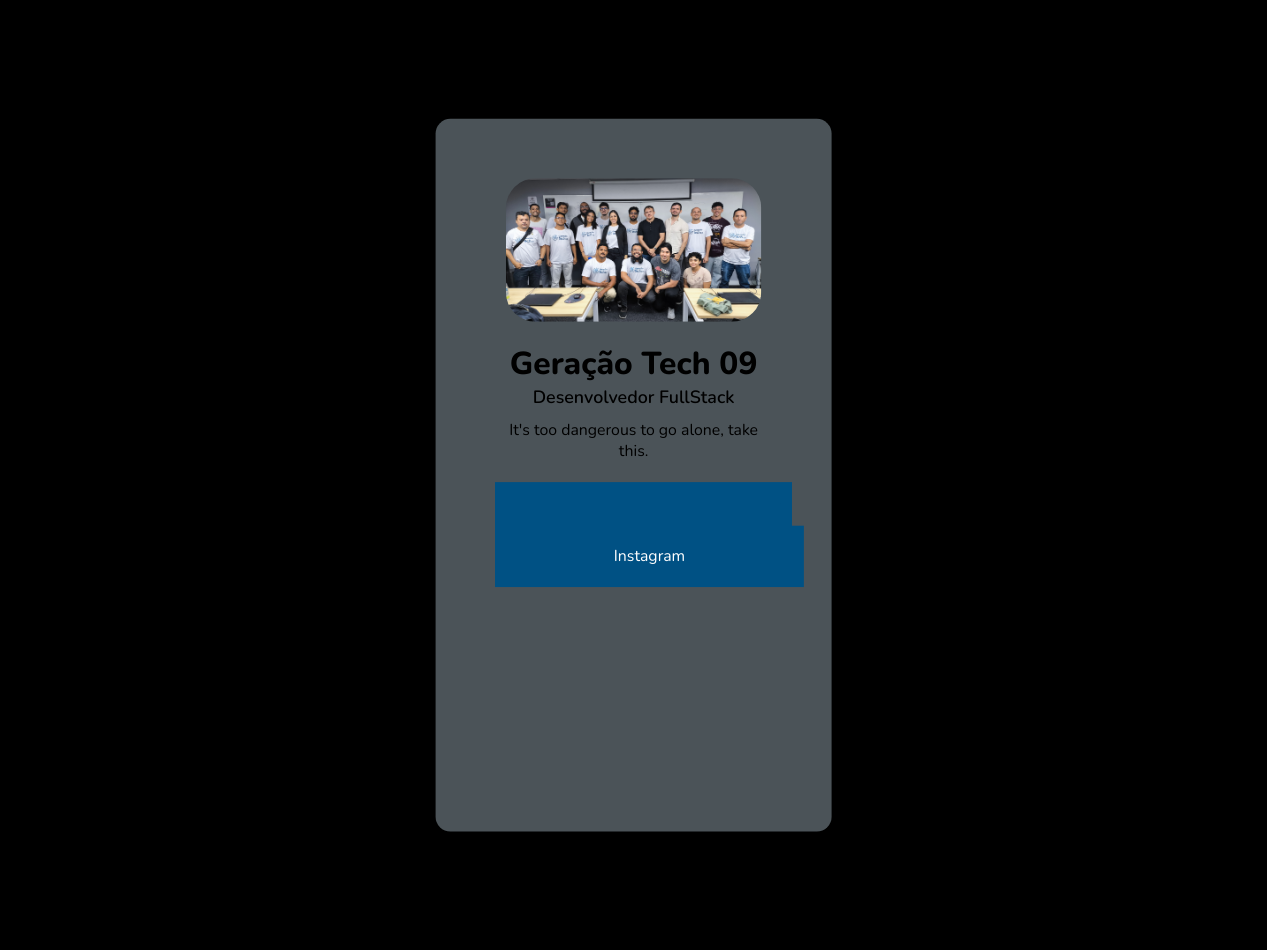
Repository: geracao-09/linktree-gt9
Page: index.html
These files come from the project's save history. The page is drawn as it stood at one moment and after the next save; the edit follows.
The browser window is 1280 px wide. The pictures show the whole page, at 99% of full size.

Above is the page before, as saved 2025-04-11 09:09:12.

### index.html
<!DOCTYPE html>
<html lang="pt-br">
  <head>
    <meta charset="UTF-8" />
    <meta name="viewport" content="width=device-width, initial-scale=1.0" />
    <title>Linktree do GT09</title>
    <link rel="stylesheet" href="style.css" />
    <link rel="preconnect" href="https://fonts.googleapis.com" />
    <link rel="preconnect" href="https://fonts.gstatic.com" crossorigin />
    <link href="https://fonts.googleapis.com/css2?family=Nunito:ital,wght@0,200..1000;1,200..1000&display=swap" rel="stylesheet" />
  </head>
  <body>
    <div class="container-main">
      <div class="container-image">
        <img src="./assets/image-profile.jpg" alt="Foto dos top 25 geracao tech" />
      </div>
      <div class="container-infos">
        <h1>Geração Tech 09</h1>
        <h2>Desenvolvedor FullStack</h2>
      </div>
      <div class="container-easter-egg">
        <p>It's too dangerous to go alone, take this.</p>
      </div>
      <div class="container-social">
        <ul>
          <li>
            <a href="https://www.linkedin.com/in/cesar-hideki-nagano-326b75115/" target="_blank"> Linkedin </a>
          </li>
          <li>
            <a href="https://github.com/geracao-09" target="_blank"> Github </a>
          </li>
          <li>
            <a href="https://www.instagram.com/hidekina/" target="_blank"> Instagram </a>
          </li>
        </ul>
      </div>
    </div>
  </body>
</html>

### style.css
* {
  font-family: "Nunito", sans-serif;
  margin: 0;
  padding: 0;
  box-sizing: border-box;
}

body {
  background-color: #000000;
}

.container-main {
  background-color: #4b5358;
  width: 400px;
  height: 720px;
  box-sizing: border-box;
  margin: 120px auto;
  padding: 60px;
  border-radius: 15px;
  text-align: center;
}

.container-image img {
  width: 258px;
  border-radius: 30px;
}

.container-infos {
  margin-top: 15px;
  margin-bottom: 10px;
}

.container-infos h1 {
    font-weight: 800;
}

.container-infos h2 {
    font-weight: 600;
    font-size: 18px;
}
.container-social ul {
  list-style-type: none;
}

.container-social a {
  text-decoration: none;
  color: white;
}

.container-social {
  margin-top: 40px;
}

.container-social a {
  background-color: #005184;
  margin: 15px 0;
  padding: 20px 120px;
}

After the next save:
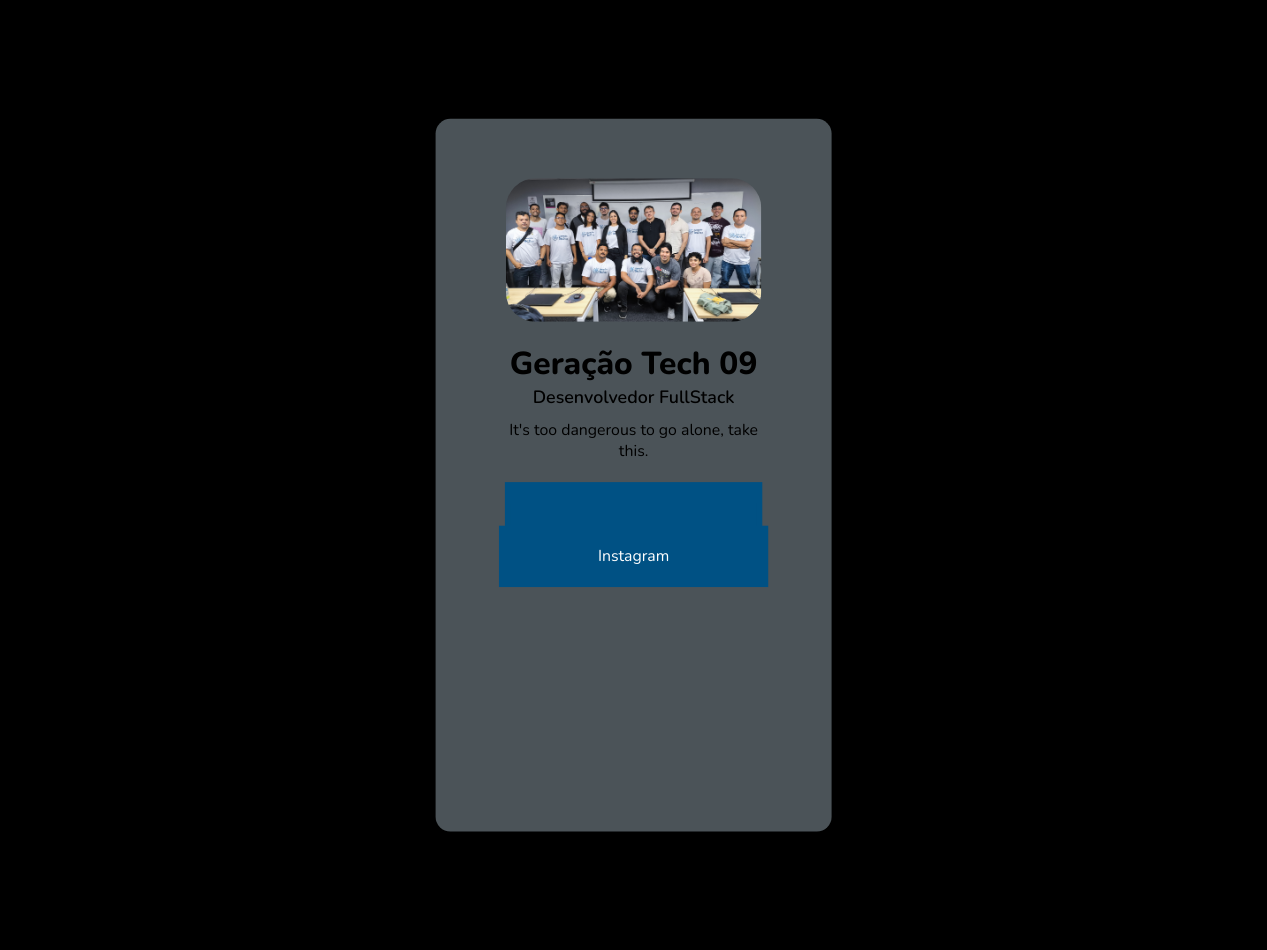
Saved 6 s later.
--- a/style.css
+++ b/style.css
@@ -54,5 +54,5 @@
 .container-social a {
   background-color: #005184;
   margin: 15px 0;
-  padding: 20px 120px;
+  padding: 20px 100px;
 }
